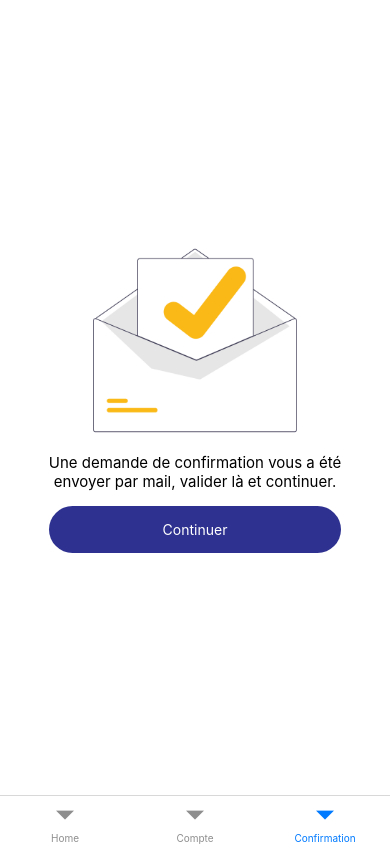
Repository: Norlan-20/Last-Afrilink
Screen: /Confirmation
The author's editor kept a copy of each file at every save. The screen is drawn from the files as they stood at one save, then again after the next save.
The app was drawn by React Native's web renderer in a window 390 px wide. The project was rebuilt for these pictures with package versions that can differ from the ones it lists, and the page was loaded fresh each time. Also part of the build but not shown: screen/User.js.

Above is the screen before, as saved 2021-09-25 04:01:11.

### App.js
/* eslint-disable prettier/prettier */
import React from 'react'
import {View} from 'react-native'
import { NavigationContainer } from '@react-navigation/native'
import { createNativeStackNavigator } from '@react-navigation/native-stack'
import { createBottomTabNavigator } from '@react-navigation/bottom-tabs'
import HomeScreen from './screen/Home'
import UserScreen from './screen/User'
import ConfirmationScreen from './screen/Confirmation'

const Tab = createBottomTabNavigator();
const Stack = createNativeStackNavigator();


const App = () => {
  return (
    <NavigationContainer>
      <Tab.Navigator screenOptions={{headerShown: false}} >
        <Tab.Screen name="Home" component={HomeScreen}/>
        <Tab.Screen name="Compte" component={UserScreen}/>
        <Tab.Screen name="Confirmation" component={ConfirmationScreen}/>
      </Tab.Navigator>
    </NavigationContainer>
  );
};

export default App;

### screen/Home.js
/* eslint-disable prettier/prettier */
import React from 'react';
import {View, Text, StyleSheet, StatusBar, Dimensions, ScrollView} from 'react-native';
import { Header, Icon, Image, SearchBar } from 'react-native-elements';
import Categorie from '../component/categorie';
import Produit from '../component/produit';
// import EvilIcons from 'react-native-vector-icons/EvilIcons';

const {width,height} = Dimensions.get('window');
const fond = '#F7F7F7';
const primary = '#2e3190';
const search = '#DDDDDD';

const HomeScreen = props => {
    return (
        <View style={styles.container}>
            <StatusBar hidden={false}/>
            <Header
                leftComponent={<Icon name="navicon" type="evilicon" size={40} color="#FFF"/>}
                centerComponent={<Image source={require('../assets/logobleu.jpg')} style={{width: 200, height: 50}} />}
                rightComponent={<Icon name="cart" type="evilicon" size={40} color="#FFF"/>}
                backgroundColor={primary}
            />
            <SearchBar
                placeholder="Rechercher"
                round
                lightTheme
                containerStyle={{ width: width,backgroundColor: fond, borderWidth: 0}}
                inputContainerStyle={{ height: 45, backgroundColor: search, borderRadius: 150 }}
                inputStyle={{ height: 45,backgroundColor: search }}
                // searchIcon={<Icon name="user" type="ionicon" />}
                showCancel
                cancelIcon
                onClear
                style={{width: width}}
            />
            <ScrollView>
                <Categorie nom="Catégorie" />
                <Produit nom="Vedette" />
            </ScrollView>
        </View>
    );
};

const styles = StyleSheet.create({
    container:{
        flex: 1,
        backgroundColor: '#F7F7F7',
    },
});

export default HomeScreen;

### screen/Confirmation.js
/* eslint-disable prettier/prettier */
import React from 'react';
import  { View, Text, StyleSheet, Dimensions, Image } from 'react-native';
import { Continuer } from '../component/button';

const {width} = Dimensions.get('window');
const fond = '#F7F7F7';
const primary = '#2e3190';

const ConfirmationScreen = () => {
    return (
        <View style={styles.container}>
            <Image source={require('../assets/mailsent.png')} style={{ width: width - 100, height: width / 2}}/>
            <Text style={styles.message}>Une demande de confirmation vous a été envoyer par mail, valider là et continuer.</Text>
            <Continuer />
        </View>
    );
};

const styles = StyleSheet.create({
    container:{
        flex: 1,
        backgroundColor: '#FFF',
        alignItems: 'center',
        justifyContent: 'center',
    },
    message:{
        width: width - (width / 5),
        textAlign: 'center',
        fontSize: 15,
        marginTop: 15
    },
});

export default ConfirmationScreen;

### component/button.js
/* eslint-disable prettier/prettier */
import React from 'react'
import { TouchableOpacity, Text, Dimensions, StyleSheet } from 'react-native'

const {width} = Dimensions.get('window');
const primary = '#2e3190';

export const Continuer = () => {
    return(
        <TouchableOpacity style={ styles.continuer }>
            <Text style={styles.textWhite}>Continuer</Text>
        </TouchableOpacity>
    );
};

const styles = StyleSheet.create({
    continuer: {
        backgroundColor: primary,
        width: width - (width / 4),
        marginTop: 15,
        flexDirection: 'row',
        padding: 15,
        justifyContent: 'center',
        borderRadius: 100,
    },
    textWhite: {
        color: '#FFFFFF',
    },
});

Loaded but not shown: component/categorie.js (library); component/produit.js (library)

After the next save:
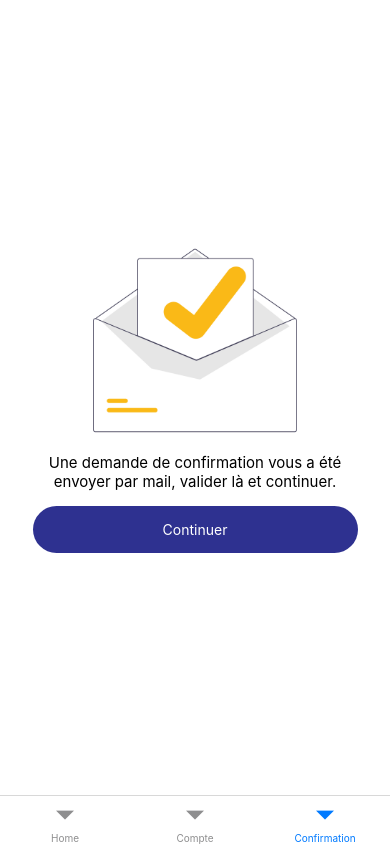
Saved 6 s later.
--- a/component/button.js
+++ b/component/button.js
@@ -16,7 +16,7 @@ export const Continuer = () => {
 const styles = StyleSheet.create({
     continuer: {
         backgroundColor: primary,
-        width: width - (width / 4),
+        width: width - (width / 6),
         marginTop: 15,
         flexDirection: 'row',
         padding: 15,
